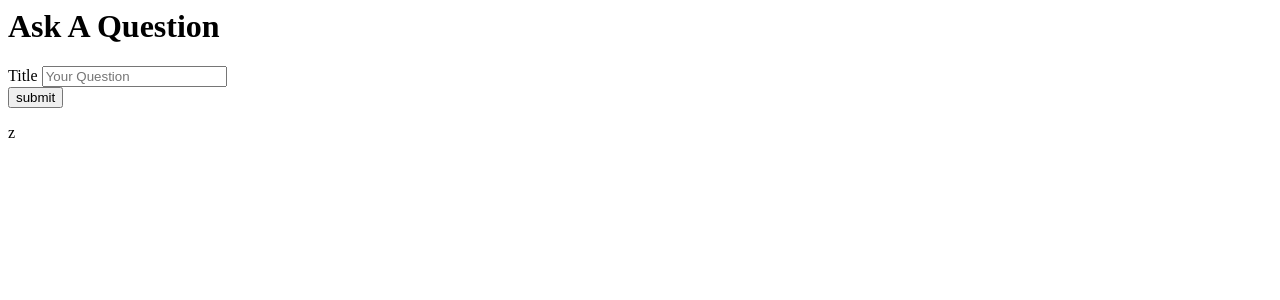
Repository: zeeShanizeeshan/php-project
Page: http://localhost/client/ask.php
The author's editor kept a copy of each file at every save. The page is drawn from the files as they stood at one save, then again after the next save.
The browser window is 1280 px wide. The pictures show the whole page.
The page is run by PHP 8.4 with error messages shown; the project is at /var/www/html/.

Above is the page before, as saved 2025-12-08 16:12:44.

After the next save:
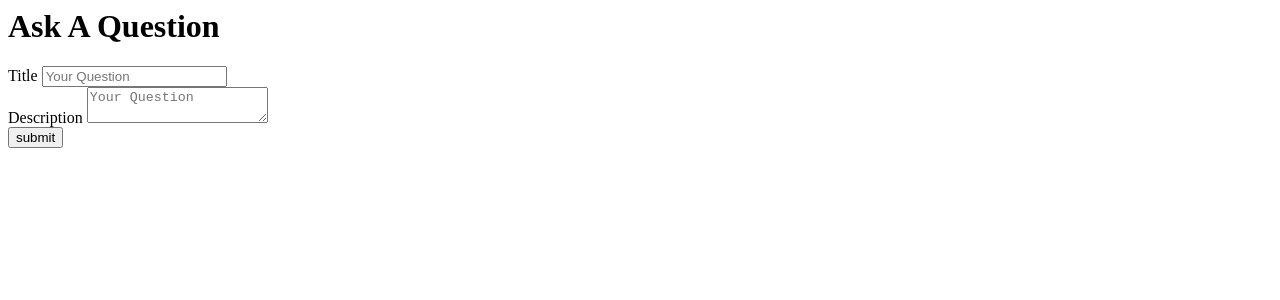
Saved 2 min 22 s later.
--- a/client/ask.php
+++ b/client/ask.php
@@ -7,9 +7,14 @@
             <input type="text" name="title" class="form-control" id="title" placeholder="Your Question">
         </div>
 
+        <div class="col-6 offset-sm-3 margin-bottom">
+            <label for="description" class="form-label">Description</label>
+            <textarea name="description" class="form-control" id="description" placeholder="Your Question"></textarea>
+        </div>
+
         <div class="col-6 offset-sm-3">
             <button type="submit" name="login" class="btn btn-primary">submit</button>
 
         </div>
     </form>
-</div>z
+</div>
